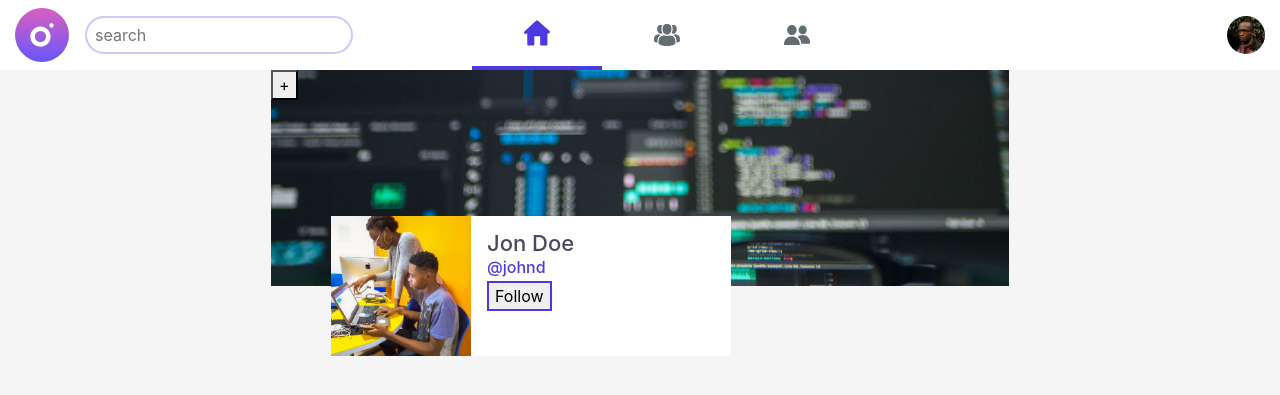
Repository: Flovet-stack/memic
Page: admin-profile.html
The author's editor kept a copy of each file at every save. The page is drawn from the files as they stood at one save, then again after the next save.
The browser window is 1280 px wide. The pictures show the whole page.
Some web fonts or font styles are not loaded; a fallback is used.

Above is the page before, as saved 2020-10-27 23:13:48.
Console error: TypeError: Cannot read properties of undefined (reading 'fn')

After the next save:
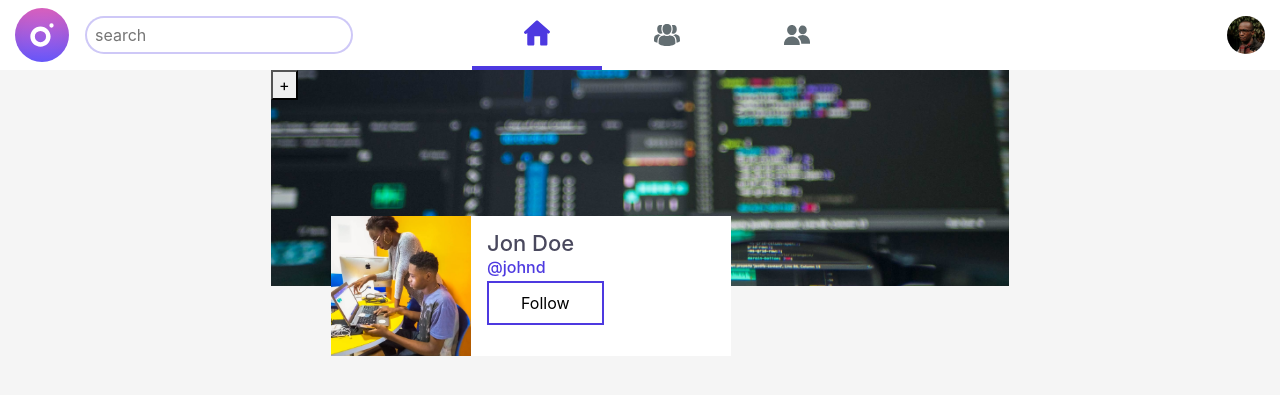
Saved 28 s later.
--- a/css/main-styles.css
+++ b/css/main-styles.css
@@ -57,4 +57,6 @@ a {
 }
 .follow-btn {
     border: 2px solid var(--secondary-color);
+    background: var(--whi);
+    padding: var(--padding-1) var(--padding-3);
 }
